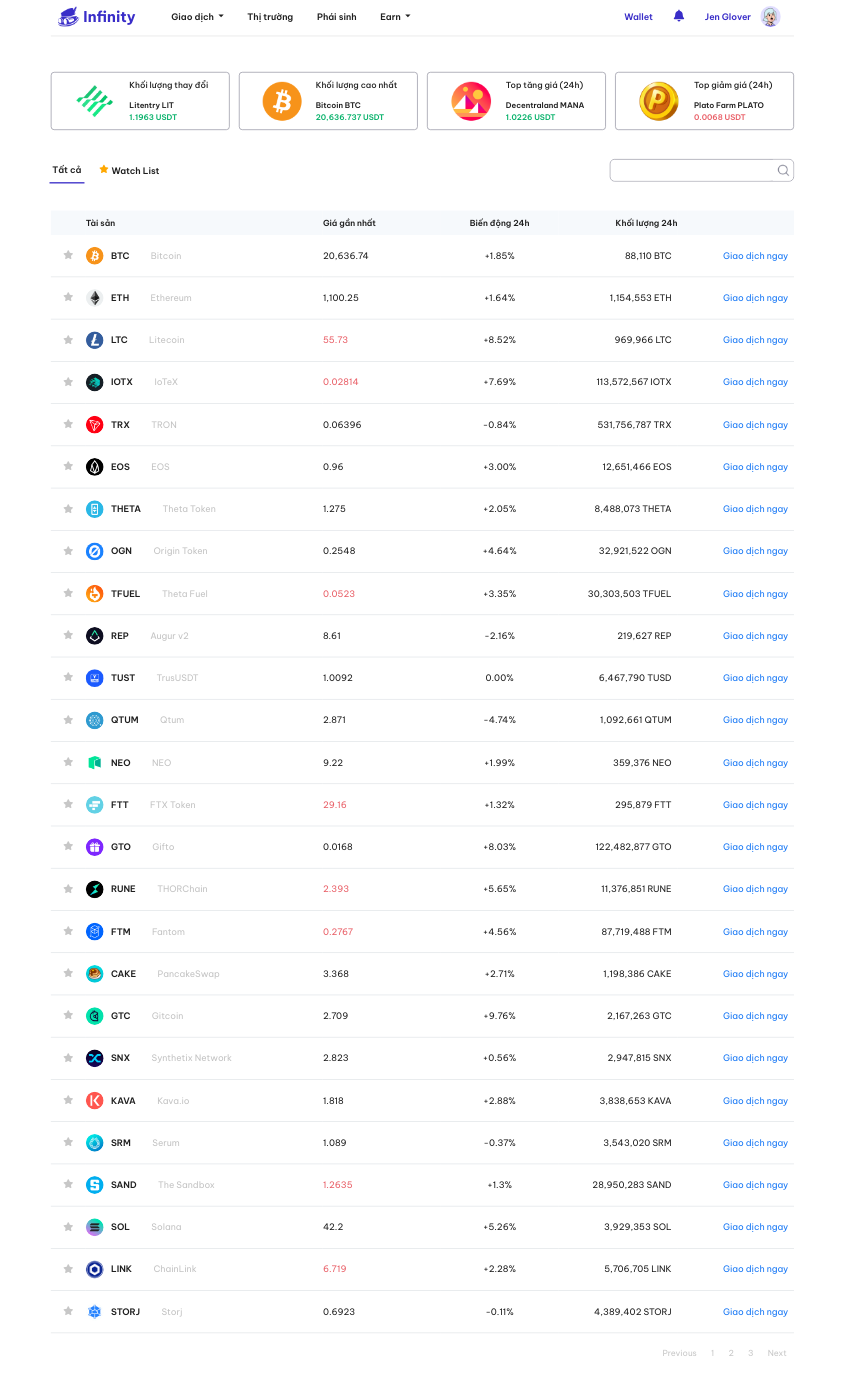
Repository: 1509Long/1509long.github.io
Page: techmaster-test/homepage.html
An editor plug-in stored every save of this project. The page is shown before and after the next save, followed by the edit.
The browser window is 1280 px wide. The pictures show the whole page, at 66% of full size.

Above is the page before, as saved 2022-07-28 22:53:53.

After the next save:
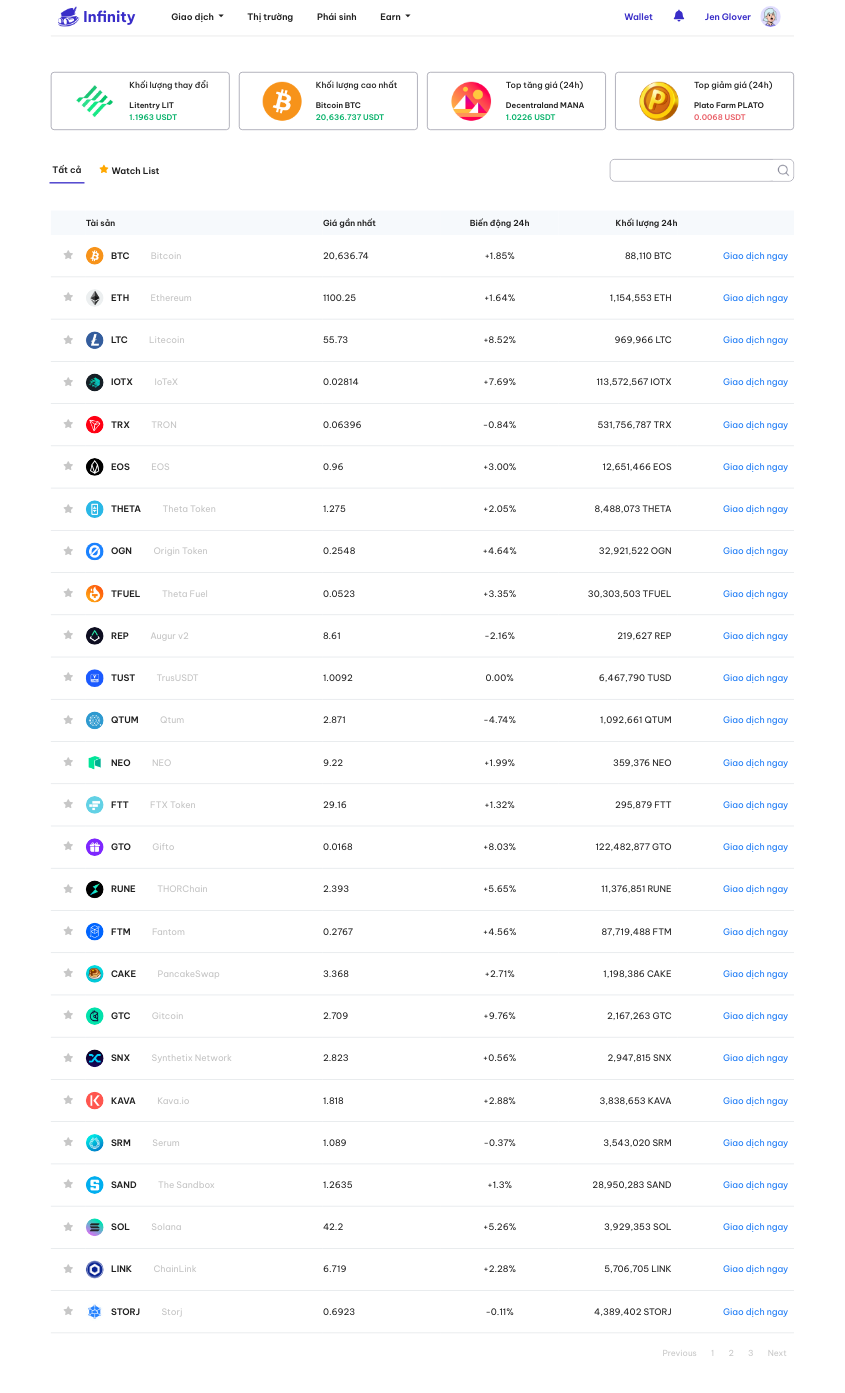
Console error: TypeError: Cannot read properties of undefined (reading 'textContent')
Saved 28 s later.
--- a/techmaster-test/homepage.html
+++ b/techmaster-test/homepage.html
@@ -480,12 +480,12 @@
         ".table-body tr td:nth-child(3)"
       );
 
-      // var table2InfoChange = document.querySelectorAll(
-      //   "#table-body-respon tr td:nth-child(4)"
-      // );
-      // var table2InfoPrice = document.querySelectorAll(
-      //   "#table-body-respon tr td:nth-child(3)"
-      // );
+      var table2InfoChange = document.querySelectorAll(
+        "#table-body-respon tr td:nth-child(4)"
+      );
+      var table2InfoPrice = document.querySelectorAll(
+        "#table-body-respon tr td:nth-child(3)"
+      );
 
       function putColor(data) {
         for (i = 0; i < tableInfoChange.length; i++) {
@@ -493,9 +493,9 @@
             tableInfoPrice[i].textContent
           ).toLocaleString("en-US", { maximumFractionDigits: "5" });
 
-          // table2InfoPrice[i].innerHTML = parseFloat(
-          //   table2InfoPrice[i].textContent
-          // ).toLocaleString("en-US", { maximumFractionDigits: "5" });
+          table2InfoPrice[i].innerHTML = parseFloat(
+            table2InfoPrice[i].textContent
+          ).toLocaleString("en-US", { maximumFractionDigits: "5" });
 
           // if (parseFloat(data[i].change) > 0) {
           //   tableInfoChange[i].setAttribute("class", "increase");

After the save that followed:
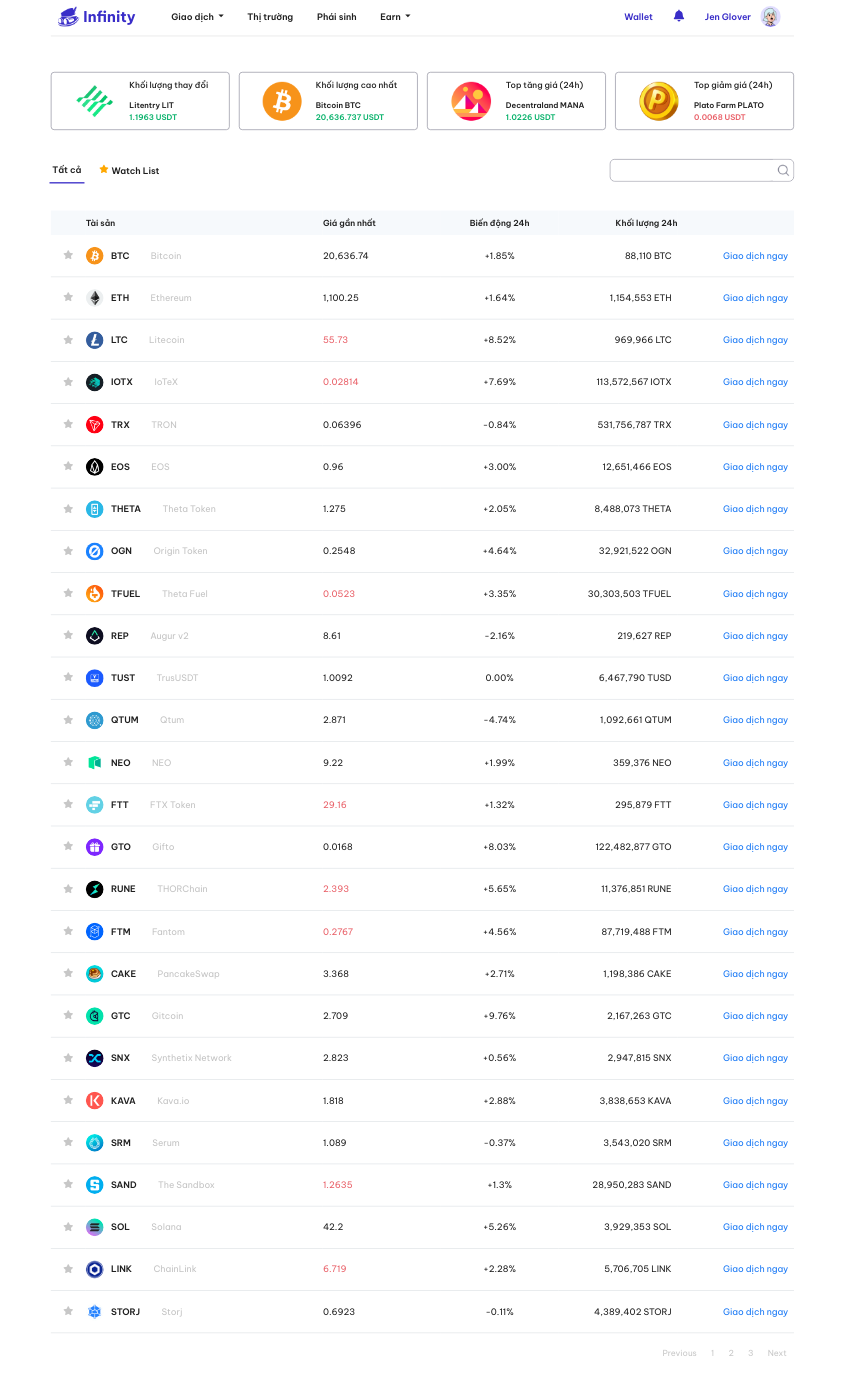
The error is gone.
Saved 72 s later.
--- a/techmaster-test/homepage.html
+++ b/techmaster-test/homepage.html
@@ -493,9 +493,9 @@
             tableInfoPrice[i].textContent
           ).toLocaleString("en-US", { maximumFractionDigits: "5" });
 
-          table2InfoPrice[i].innerHTML = parseFloat(
-            table2InfoPrice[i].textContent
-          ).toLocaleString("en-US", { maximumFractionDigits: "5" });
+          // table2InfoPrice[i].innerHTML = parseFloat(
+          //   table2InfoPrice[i].textContent
+          // ).toLocaleString("en-US", { maximumFractionDigits: "5" });
 
           // if (parseFloat(data[i].change) > 0) {
           //   tableInfoChange[i].setAttribute("class", "increase");
